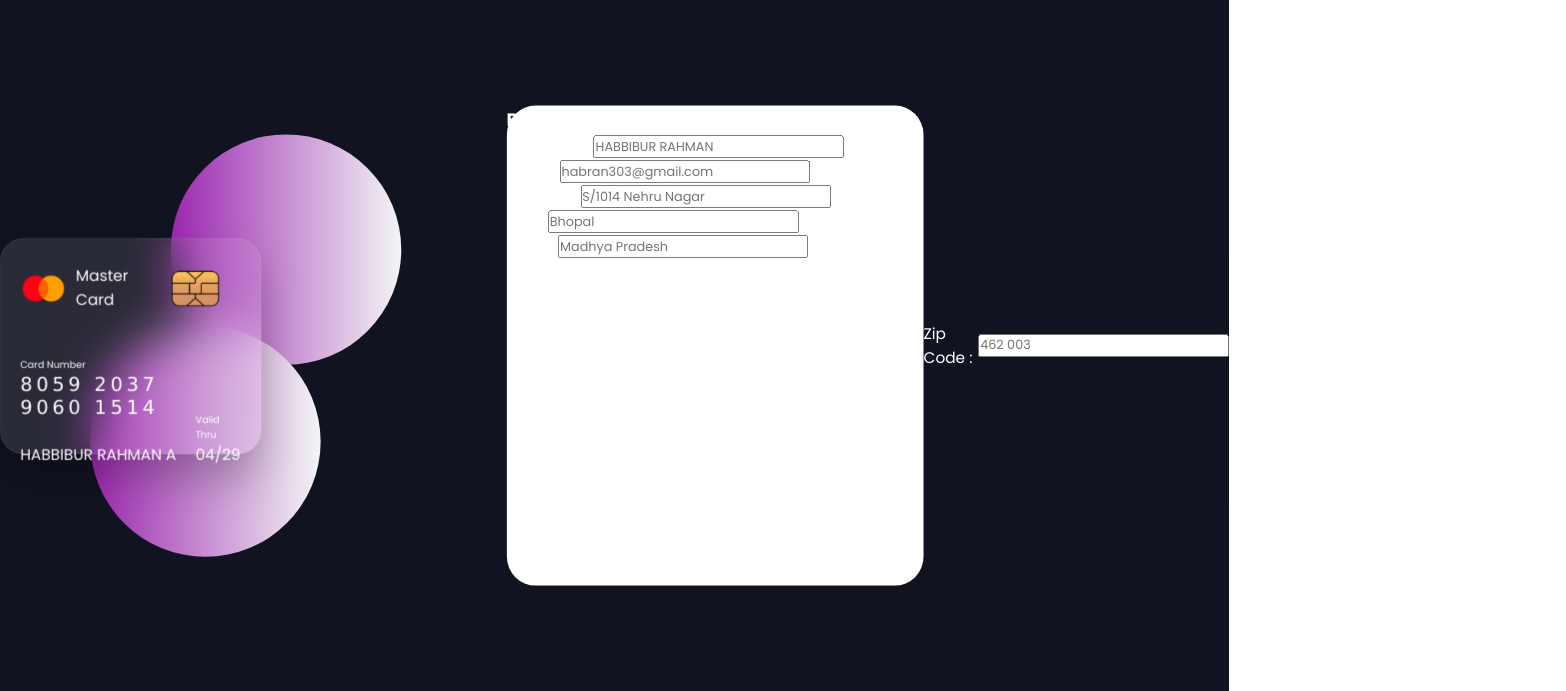
Repository: Habeebur1493/-002-Prompt
Page: index.html
These files come from the project's save history. The page is drawn as it stood at one moment and after the next save; the edit follows.
The browser window is 1280 px wide. The page is 1280 px wide, then 1631 px, so the pictures cover 1631 px, including what lies to the right of the window. The pictures show the whole page, at 96% of full size.

Above is the page before, as saved 2024-09-11 00:18:35.

### index.html
<!DOCTYPE html>
<html lang="en">
<head>
    <meta charset="UTF-8">
    <meta name="viewport" content="width=device-width, initial-scale=1.0">
    <title>Flip Card</title>
    <link rel="stylesheet" href="style.css">
</head>
<body>
    <section>
        <div class="container">
            <div class="card front-face">
                <header>
                    <span class="logo">
                        <img src="Mastercard-Logo.webp" alt="">
                        <h5>Master Card</h5>
                    </span>
                    <img src="file (1).png" alt="" class="chip">
                </header>

                <div class="card-details">
                    <div class="name-number">
                        <h6>Card Number</h6>
                        <h5 class="number">8059 2037 9060 1514</h5>
                        <h5 class="name">HABBIBUR RAHMAN A</h5>
                    </div>
                    <div class="valid-date">
                        <h6>Valid Thru</h6>
                        <h5>04/29</h5>
                    </div>
                </div>
            </div>
            <div class="card back-face">
                <h6>
                    For customer service call +900 1400 1800 or email at mastercard@gmai.com
                </h6>
                <span class="magnetic-strip">
                    <div class="signature"><i>005</i></div>
                    <h5>
                        HDFC Millennia Debit Card
                    </h5>
                    <h6>Yours is a life where creating and living the moments matters more than making money.
                    </h6>
                </span>
            </div>
        </div>
        <div class="content">
            <form>
                <div class="row">
                    <div class="col">
                        <h3>Billing Address</h3>
                        <div class="inputbox">
                            <span>Full Name :</span>
                            <input type="text" placeholder="HABBIBUR RAHMAN">
                        </div>
                        <div class="inputbox">
                            <span>Email :</span>
                            <input type="email" placeholder="habran303@gmail.com">
                        </div>
                        <div class="inputbox"></div>
                            <span>Address :</span>
                            <input type="text" placeholder="S/1014 Nehru Nagar">
                        </div>
                        <div class="inputbox"></div>
                            <span>City :</span>
                            <input type="text" placeholder="Bhopal">
                        </div>
                        <div class="inputbox"></div>
                            <span>State :</span>
                            <input type="text" placeholder="Madhya Pradesh">
                        </div>
                        <div class="inputbox"></div>
                            <span>Zip Code :</span>
                            <input type="text" placeholder="462 003">
                        </div>
                    </div>
                </div>

            </form>

        </div>
    </section>



</body>
</html>

### style.css
@import url('https://fonts.googleapis.com/css2?family=Poppins:ital,wght@0,100;0,200;0,300;0,400;0,500;0,600;0,700;0,800;0,900;1,100;1,200;1,300;1,400;1,500;1,600;1,700;1,800;1,900&display=swap');

*{
    margin: 0;
    padding: 0;
    box-sizing: border-box;
    font-family: "Poppins", sans-serif;
}
section{
    position: relative;
    min-height: 100vh;
    width: 100%;
    background: #121321;
    display: flex;
    align-items: center;
    justify-content: center;
    color: #fff;
    perspective: 1000px;

}
section::before {
    content: "";
    position: absolute;
    height: 240px;
    width: 240px;
    border-radius: 50%;
    transform: translate(-150px, -100px);
    background: linear-gradient(90deg, #9c27b0, #f3f5f5);
    margin-right: 30%;
}
section::after {
    content: "";
    position: absolute;
    height: 240px;
    width: 240px;
    border-radius: 50%;
    transform: translate(150px, 100px);
    background: linear-gradient(90deg, #9c27b0, #f3f5f5);
    margin-right: 90%;
}

.container{
    position: relative;
    height: 225px;
    width: 375px;
    z-index: 100;
    transition: 0.6s;
    transform-style: preserve-3d;
    margin-right: 10%;

}
.container:hover{
    transform: rotateY(180deg);
}
.container .card{
    position: absolute;
    height: 100%;
    width: 100%;
    padding: 20px;
    border-radius: 25px;
    backdrop-filter: blur(25px);
    background: rgba(255, 255, 255, 0.1);
    box-shadow: 0 25px 45px rgba(0, 0, 0, 0.25);
    border: 1px solid rgba(255, 255, 255, 0.1);
    backface-visibility: hidden;
}
.front-face header,
.front-face .logo{
    display: flex;
    align-items: center;
}
.front-face header{
    justify-content: space-between;
}
.front-face .logo img {
    width: 48px;
    margin-right: 10px;

}
h5{
    font-size: 16px;
    font-weight: 400;
}
.front-face .chip{
    width: 95px;
}
.front-face .card-details{
    display: flex;
    margin-top: 40px;
    align-items: flex-end;
    justify-content: space-between;
}
h6{
    font-size: 10px;
    font-weight: 400;

}
h5.number{
    font-size: 20px;
    padding: 0;
    letter-spacing: 4px;
    font-family: Geneva;
}
h5.name{
    margin-top: 25px
}
.card.back-face{
    border: none;
    padding: 15px 25px 25px 25px;
    transform: rotateY(180deg);
}
.card.back-face h6{
    font-size: 8px;
}
.card.back-face .magnetic-strip{
    position: absolute;
    top: 40px;
    left: 0;
    height: 45px;
    width: 100%;
    background: #000;
}

.card.back-face .signature{
    display: flex;
    justify-content: flex-end;
    align-items: center;
    margin-top: 80px;
    height: 40px;
    width: 85%;
    border-radius: 6px;
    background: repeating-linear-gradient(
        #fff,
        #fff 3px,
        #efefef 0px,
        #efefef 9px);
}
.signature i {
    color: #000;
    font-size: 12px;
    padding: 4px 6px;
    border-radius: 4px;
    background-color: #fff;
    margin-right: -30px;
    z-index: -1;

}
.card.back-face h5{
    align-items: center;
    margin-left: 25%;
    font-size: 12px;
    margin-top: 15px;
}
.card.back-face h6{
    align-items: center;
    margin-left: 5%;
    font-size: 7px;
    margin-top: 1px;
}

.content{
    height: 500px;
    width: 600px;
    background-color: #fff;
    margin-left: 10%;
    border-radius: 30px;
}

After the next save:
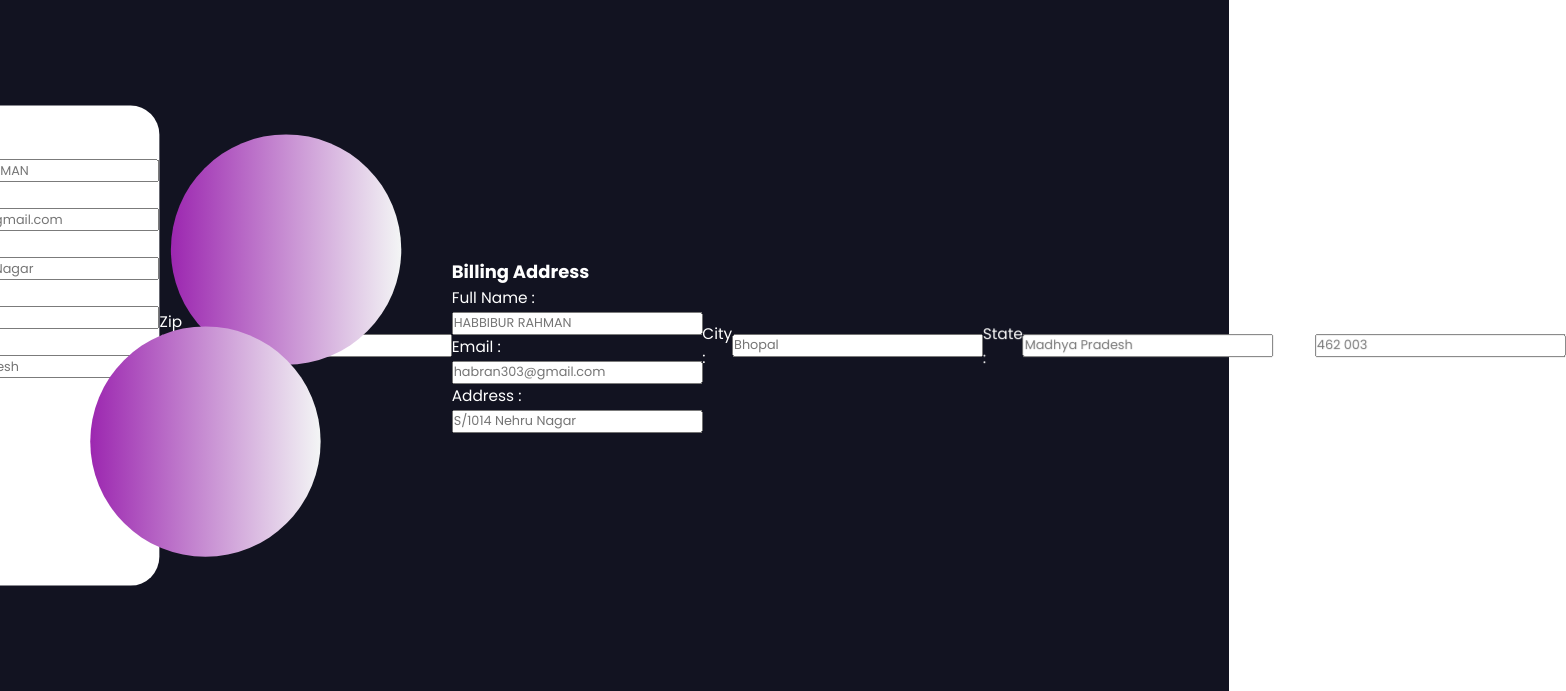
Saved 13 s later.
--- a/index.html
+++ b/index.html
@@ -75,7 +75,33 @@
                         </div>
                     </div>
                 </div>
-
+                <div class="col">
+                    <h3>Billing Address</h3>
+                    <div class="inputbox">
+                        <span>Full Name :</span>
+                        <input type="text" placeholder="HABBIBUR RAHMAN">
+                    </div>
+                    <div class="inputbox">
+                        <span>Email :</span>
+                        <input type="email" placeholder="habran303@gmail.com">
+                    </div>
+                    <div class="inputbox"></div>
+                        <span>Address :</span>
+                        <input type="text" placeholder="S/1014 Nehru Nagar">
+                    </div>
+                    <div class="inputbox"></div>
+                        <span>City :</span>
+                        <input type="text" placeholder="Bhopal">
+                    </div>
+                    <div class="inputbox"></div>
+                        <span>State :</span>
+                        <input type="text" placeholder="Madhya Pradesh">
+                    </div>
+                    <div class="inputbox"></div>
+                        <span>Zip Code :</span>
+                        <input type="text" placeholder="462 003">
+                    </div>
+                </div>
             </form>
 
         </div>
